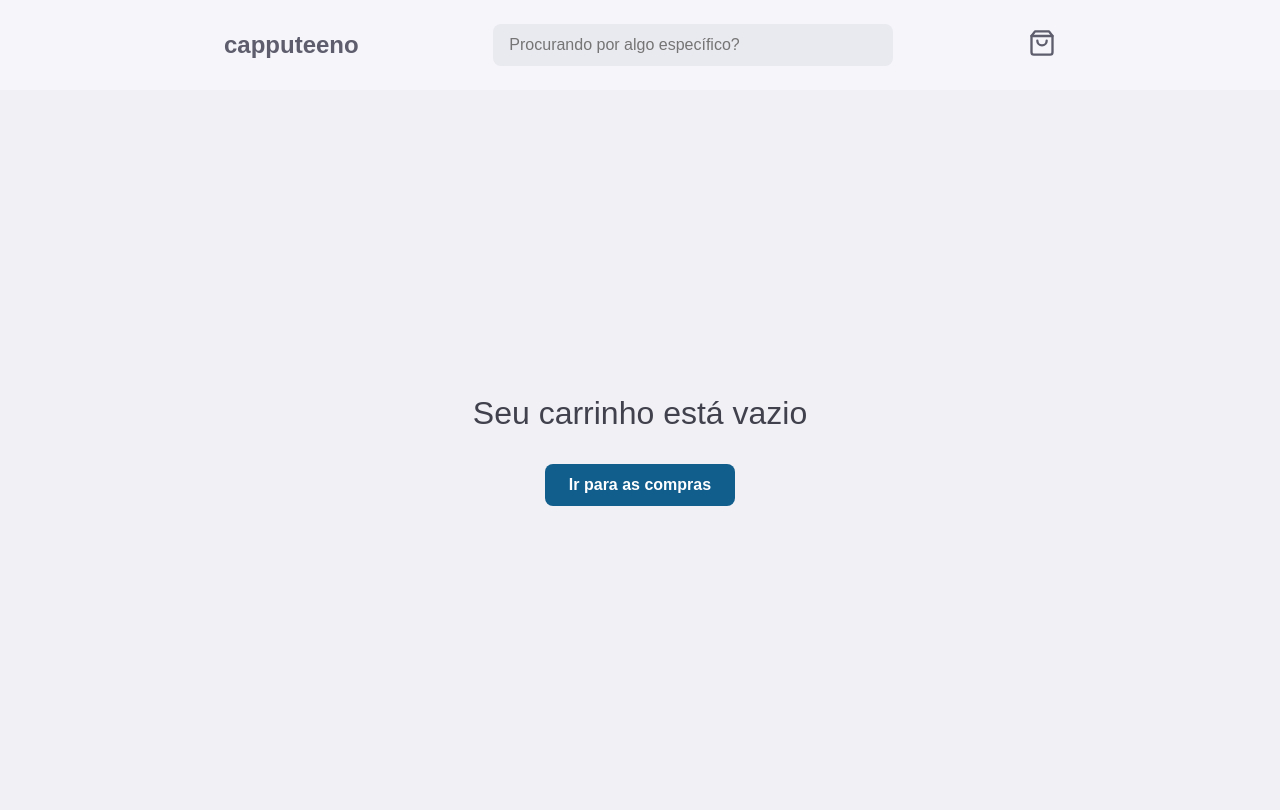
Repository: Biel-barbosa/capputeenoecomerce
Page: /cart
An editor plug-in stored every save of this project. The page is shown before and after the next save, followed by the edit.
The browser window is 1280 px wide. The pictures show the whole page.
The project was rebuilt for these pictures with package versions that can differ from the ones it lists, and the page was loaded fresh each time. The framework's server and built-in components were replaced by stand-ins that run in the browser. Also part of the build but not shown: next.config.ts.

Above is the page before, as saved 2025-04-23 17:25:03.

### src/app/layout.tsx
import type { Metadata } from "next";
import { Geist, Geist_Mono } from "next/font/google";
import "./globals.css";
import { CartProvider } from "../contexts/CartContexts"; // Adicione a importação do CartProvider

const geistSans = Geist({
  variable: "--font-geist-sans",
  subsets: ["latin"],
});

const geistMono = Geist_Mono({
  variable: "--font-geist-mono",
  subsets: ["latin"],
});

export const metadata: Metadata = {
  title: "Create Next App",
  description: "Generated by create next app",
};

export default function RootLayout({
  children,
}: Readonly<{
  children: React.ReactNode;
}>) {
  return (
    <html lang="en">
      <body className={`${geistSans.variable} ${geistMono.variable}`}>

        <CartProvider>
          {children}
        </CartProvider>
      </body>
    </html>
  );
}

### src/app/cart/page.tsx
'use client';

import { useEffect, useState } from 'react';
import styled from 'styled-components';
import Header from '@/components/Header';
import { Product } from '@/data/products';
import Link from 'next/link';

type CartItem = Product & { quantity: number };

const PageWrapper = styled.div`
  background-color: #f0f0f5;
  min-height: 100vh;
`;

const Container = styled.div`
  max-width: 1440px;
  margin: 0 auto; /* Garantir que o contêiner seja centralizado */
  padding: 0 2rem;
  display: flex;
  flex-direction: column; /* Alterando para coluna quando vazio */
  justify-content: center; /* Centraliza o conteúdo */
  align-items: center; /* Alinha o conteúdo no centro */
  height: 100vh; /* Garantir que ocupe toda a altura da tela */
  gap: 2rem;
`;


const ProductsSection = styled.div`
  flex: 2;
  display: flex;
  flex-direction: column;
  gap: 1.5rem;
`;

const SummarySection = styled.div`
  flex: 1;
  background: white;
  padding: 2rem;
  border-radius: 8px;
  box-shadow: 0 0 4px rgba(0, 0, 0, 0.1);
  height: fit-content;
`;

const ProductCard = styled.div`
  display: flex;
  justify-content: space-between;
  gap: 1rem;
  background: white;
  padding: 1rem;
  border-radius: 8px;
  align-items: center;
`;

const ProductImage = styled.img`
  width: 80px;
  height: 80px;
  object-fit: cover;
  border-radius: 8px;
`;

const ProductInfo = styled.div`
  flex: 1;
  display: flex;
  flex-direction: column;
`;

const Controls = styled.div`
  display: flex;
  gap: 0.5rem;
  align-items: center;
`;

const ControlButton = styled.button`
  background: #e0e0e0;
  border: none;
  border-radius: 4px;
  padding: 0.25rem 0.5rem;
  font-weight: bold;
  cursor: pointer;
`;

const RemoveButton = styled.button`
  background: transparent;
  border: none;
  color: red;
  cursor: pointer;
`;

const Title = styled.h3`
  margin: 0;
  font-size: 1rem;
`;

const Price = styled.span`
  color: #737380;
  font-weight: bold;
`;

const SummaryItem = styled.div`
  display: flex;
  justify-content: space-between;
  margin-bottom: 1rem;
`;

const SummaryTitle = styled.h2`
  margin-bottom: 2rem;
`;

const Total = styled.strong`
  font-size: 1.2rem;
`;

const CheckoutButton = styled.button`
  width: 100%;
  padding: 0.75rem;
  background: #115d8c;
  color: white;
  font-weight: bold;
  border: none;
  border-radius: 8px;
  margin-top: 2rem;
  cursor: pointer;

  &:hover {
    background: #0d4c74;
  }
`;

const HelpLinks = styled.div`
  margin-top: 2rem;
  font-size: 0.875rem;
  color: #737380;

  a {
    display: block;
    margin-top: 0.5rem;
    color: #737380;
    text-decoration: none;

    &:hover {
      text-decoration: underline;
    }
  }
`;

// Novo estilo para a mensagem de carrinho vazio
const EmptyCartMessage = styled.div`
  display: flex;
  flex-direction: column; /* Garantir que seja apenas uma coluna */
  justify-content: center;
  align-items: center;
  height: 100vh; /* Garantir que ocupe toda a altura da tela */
  text-align: center;

  p {
    font-size: 2rem;
    color: #41414d;
    margin-bottom: 2rem;
  }

  button {
    padding: 0.75rem 1.5rem;
    background-color: #115d8c;
    color: white;
    font-weight: bold;
    border: none;
    border-radius: 8px;
    cursor: pointer;
    font-size: 1rem;

    &:hover {
      background-color: #0d4c74;
    }
  }
`;


export default function CartPage() {
  const [cart, setCart] = useState<CartItem[]>([]);

  // Carregar o carrinho do localStorage
  useEffect(() => {
    const savedCart = localStorage.getItem('cart');
    if (savedCart) {
      setCart(JSON.parse(savedCart));
    }
  }, []);

  // Atualizar o localStorage e o estado do carrinho
  const updateLocalStorage = (updatedCart: CartItem[]) => {
    localStorage.setItem('cart', JSON.stringify(updatedCart));
    setCart(updatedCart);
  };

  // Aumentar a quantidade de um produto
  const increaseQuantity = (id: string) => {
    const updatedCart = cart.map(item =>
      item.id === id ? { ...item, quantity: item.quantity + 1 } : item
    );
    updateLocalStorage(updatedCart);
  };

  // Diminuir a quantidade de um produto
  const decreaseQuantity = (id: string) => {
    const updatedCart = cart
      .map(item =>
        item.id === id ? { ...item, quantity: Math.max(1, item.quantity - 1) } : item
      );
    updateLocalStorage(updatedCart);
  };

  // Remover um produto do carrinho
  const removeItem = (id: string) => {
    const updatedCart = cart.filter(item => item.id !== id);
    updateLocalStorage(updatedCart);
  };

  // Calcular subtotal, entrega e total
  const subtotal = cart.reduce((acc, item) => acc + item.price * item.quantity, 0);
  const delivery = 40; // Custo fixo de entrega
  const total = subtotal + delivery;

  return (
    <PageWrapper>
      <Header />
      <Container>
        {cart.length === 0 ? (
          <EmptyCartMessage>
            <p>Seu carrinho está vazio</p>
            <Link href="/" passHref>
              <button>Ir para as compras</button>
            </Link>
          </EmptyCartMessage>
        ) : (
          <>
            <ProductsSection>
              {cart.map((product) => (
                <ProductCard key={product.id}>
                  <ProductImage src={product.image} alt={product.title} />
                  <ProductInfo>
                    <Title>{product.title}</Title>
                    <Price>R$ {(product.price * product.quantity).toFixed(2)}</Price>
                    <Controls>
                      <ControlButton onClick={() => decreaseQuantity(product.id)}>-</ControlButton>
                      <span>{product.quantity}</span>
                      <ControlButton onClick={() => increaseQuantity(product.id)}>+</ControlButton>
                    </Controls>
                  </ProductInfo>
                  <RemoveButton onClick={() => removeItem(product.id)}>Remover</RemoveButton>
                </ProductCard>
              ))}
            </ProductsSection>

            <SummarySection>
              <SummaryTitle>Resumo do pedido</SummaryTitle>
              <SummaryItem>
                <span>Subtotal de produtos</span>
                <span>R$ {subtotal.toFixed(2)}</span>
              </SummaryItem>
              <SummaryItem>
                <span>Entrega</span>
                <span>R$ {delivery.toFixed(2)}</span>
              </SummaryItem>
              <SummaryItem>
                <span>Total</span>
                <Total>R$ {total.toFixed(2)}</Total>
              </SummaryItem>

              <CheckoutButton>Finalizar a compra</CheckoutButton>

              <HelpLinks>
                <a href="#">Ajuda</a>
                <a href="#">Reembolsos</a>
                <a href="#">Entregas e frete</a>
                <a href="#">Trocas e devoluções</a>
              </HelpLinks>
            </SummarySection>
          </>
        )}
      </Container>
    </PageWrapper>
  );
}

### src/contexts/CartContexts.tsx
'use client';

import React, { createContext, useContext, useState, useEffect, ReactNode } from 'react';

export type Product = {
    id: string;
    title: string;
    price: number;
    image: string;
};

type CartContextType = {
    cart: Product[];
    addToCart: (product: Product) => void;
    removeFromCart: (id: string) => void;
    updateCartItemCount: () => void;
    cartItemCount: number;
};

const CartContext = createContext<CartContextType | undefined>(undefined);

export const CartProvider = ({ children }: { children: ReactNode }) => {
    const [cart, setCart] = useState<Product[]>([]);
    const [cartItemCount, setCartItemCount] = useState<number>(0);

    useEffect(() => {
        if (typeof window !== 'undefined') {
            try {
                const storedCart = localStorage.getItem('cart');
                if (storedCart) {
                    // Tenta parsear o valor, se falhar, reinicia o carrinho
                    const parsedCart = JSON.parse(storedCart);
                    if (Array.isArray(parsedCart)) {
                        setCart(parsedCart);
                        setCartItemCount(parsedCart.length);
                    } else {
                        // Se o conteúdo não for um array válido, resetamos o carrinho
                        console.error('localStorage contém dados inválidos para o carrinho');
                        setCart([]);
                        setCartItemCount(0);
                    }
                }
            } catch (error) {
                console.error('Erro ao parsear o localStorage:', error);
                setCart([]);
                setCartItemCount(0);
            }
        }
    }, []);

    const addToCart = (product: Product) => {
        const updatedCart = [...cart, product];
        setCart(updatedCart);
        if (typeof window !== 'undefined') {
            try {
                localStorage.setItem('cart', JSON.stringify(updatedCart));
            } catch (error) {
                console.error('Erro ao salvar no localStorage:', error);
            }
        }
        setCartItemCount(updatedCart.length);
    };

    const removeFromCart = (id: string) => {
        const updatedCart = cart.filter(item => item.id !== id);
        setCart(updatedCart);
        if (typeof window !== 'undefined') {
            try {
                localStorage.setItem('cart', JSON.stringify(updatedCart));
            } catch (error) {
                console.error('Erro ao salvar no localStorage:', error);
            }
        }
        setCartItemCount(updatedCart.length);
    };

    const updateCartItemCount = () => {
        setCartItemCount(cart.length);
    };

    return (
        <CartContext.Provider value={{ cart, addToCart, removeFromCart, updateCartItemCount, cartItemCount }}>
            {children}
        </CartContext.Provider>
    );
};

export const useCart = () => {
    const context = useContext(CartContext);
    if (!context) {
        throw new Error('useCart must be used within a CartProvider');
    }
    return context;
};

export { CartContext };

### src/components/Header.tsx
import { useContext } from 'react'; // Importando o useContext do React
import styled from 'styled-components';
import { FiShoppingBag } from 'react-icons/fi';
import Link from 'next/link';
import { CartContext } from '@/contexts/CartContexts'; // Importando o contexto

type HeaderProps = {
  onSearch?: (value: string) => void;
};

// Estilos
const HeaderContainer = styled.header`
  width: 100%;
  padding: 1.5rem 14rem;
  display: flex;
  align-items: center;
  justify-content: space-between;
  background-color: #f5f5fa;
  flex-wrap: wrap;
  gap: 1rem;
`;

const Logo = styled.h1`
  font-size: 1.5rem;
  font-weight: 600;
  color: #5d5d6d;
  margin: 0;
`;

const SearchInput = styled.input`
  flex: 1;
  max-width: 400px;
  margin: 0 2rem;
  padding: 0.75rem 1rem;
  border: none;
  border-radius: 8px;
  background: #e9e9f0;
  font-size: 1rem;
  color: #737380;

  &:focus {
    outline: 2px solid #115d8c;
  }

  @media (max-width: 768px) {
    margin: 0;
    width: 100%;
    order: 3;
  }
`;

const CartButton = styled.button`
  position: relative;
  background: none;
  border: none;
  cursor: pointer;

  svg {
    font-size: 1.75rem;
    color: #5d5d6d;
  }
`;

const CartCount = styled.span`
  position: absolute;
  top: -8px;
  right: -8px;
  background-color: #de3838;
  color: white;
  border-radius: 50%;
  font-size: 0.75rem;
  padding: 0.25rem 0.5rem;
  line-height: 1;
`;

const Header = ({ onSearch }: HeaderProps) => {
  // Usando o CartContext para acessar a quantidade de itens no carrinho
  const { cartItemCount } = useContext(CartContext) || { cartItemCount: 0 }; // Corrigido: fallback para 0 caso o contexto seja undefined

  return (
    <HeaderContainer>
      <Link href="/" passHref>
        <Logo>capputeeno</Logo>
      </Link>

      <SearchInput
        type="text"
        placeholder="Procurando por algo específico?"
        onChange={(e) => onSearch?.(e.target.value)}
      />

      <Link href="/cart" passHref>
        <CartButton>
          <FiShoppingBag />
          {cartItemCount > 0 && <CartCount>{cartItemCount}</CartCount>}
        </CartButton>
      </Link>
    </HeaderContainer>
  );
};

export default Header;

Loaded but not shown: src/app/globals.css (common file)

After the next save:
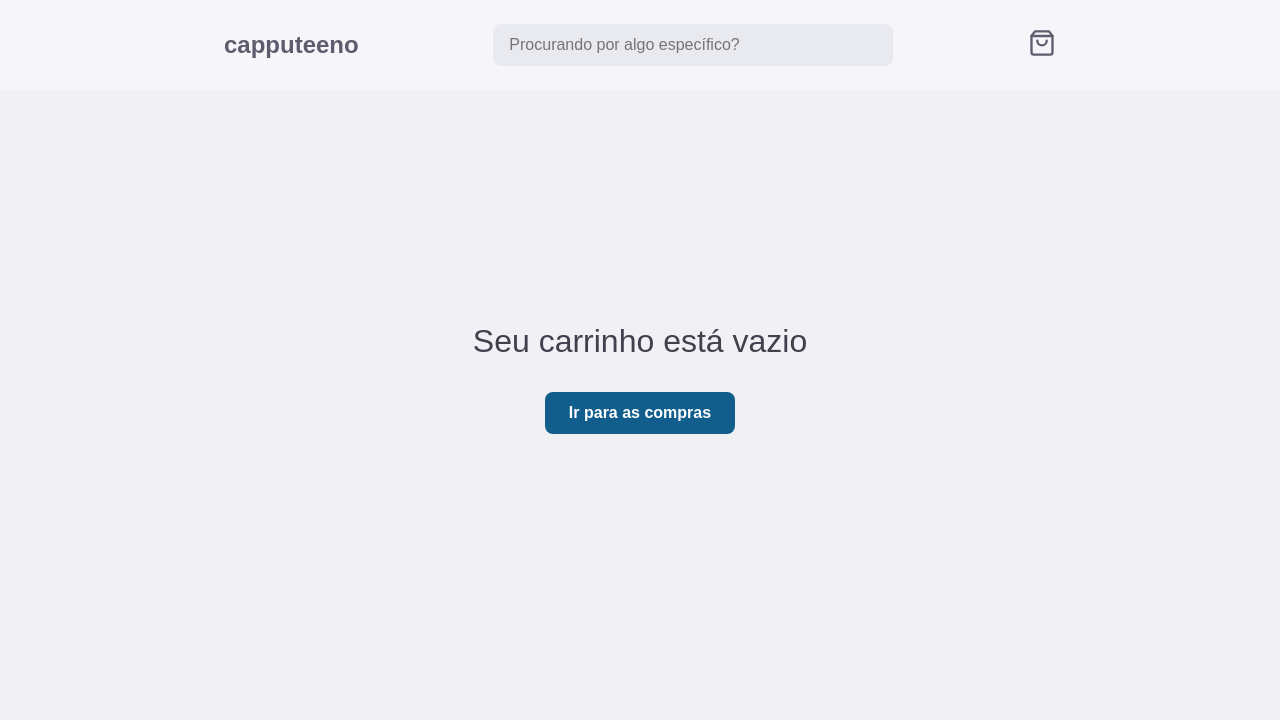
Saved 30 s later.
--- a/src/app/cart/page.tsx
+++ b/src/app/cart/page.tsx
@@ -15,13 +15,13 @@
 
 const Container = styled.div`
   max-width: 1440px;
-  margin: 0 auto; /* Garantir que o contêiner seja centralizado */
+  margin: 0 auto;
   padding: 0 2rem;
   display: flex;
-  flex-direction: column; /* Alterando para coluna quando vazio */
-  justify-content: center; /* Centraliza o conteúdo */
-  align-items: center; /* Alinha o conteúdo no centro */
-  height: 100vh; /* Garantir que ocupe toda a altura da tela */
+  flex-direction: column;
+  justify-content: center;
+  align-items: center;
+  height: 80vh;
   gap: 2rem;
 `;
 

After the save that followed:
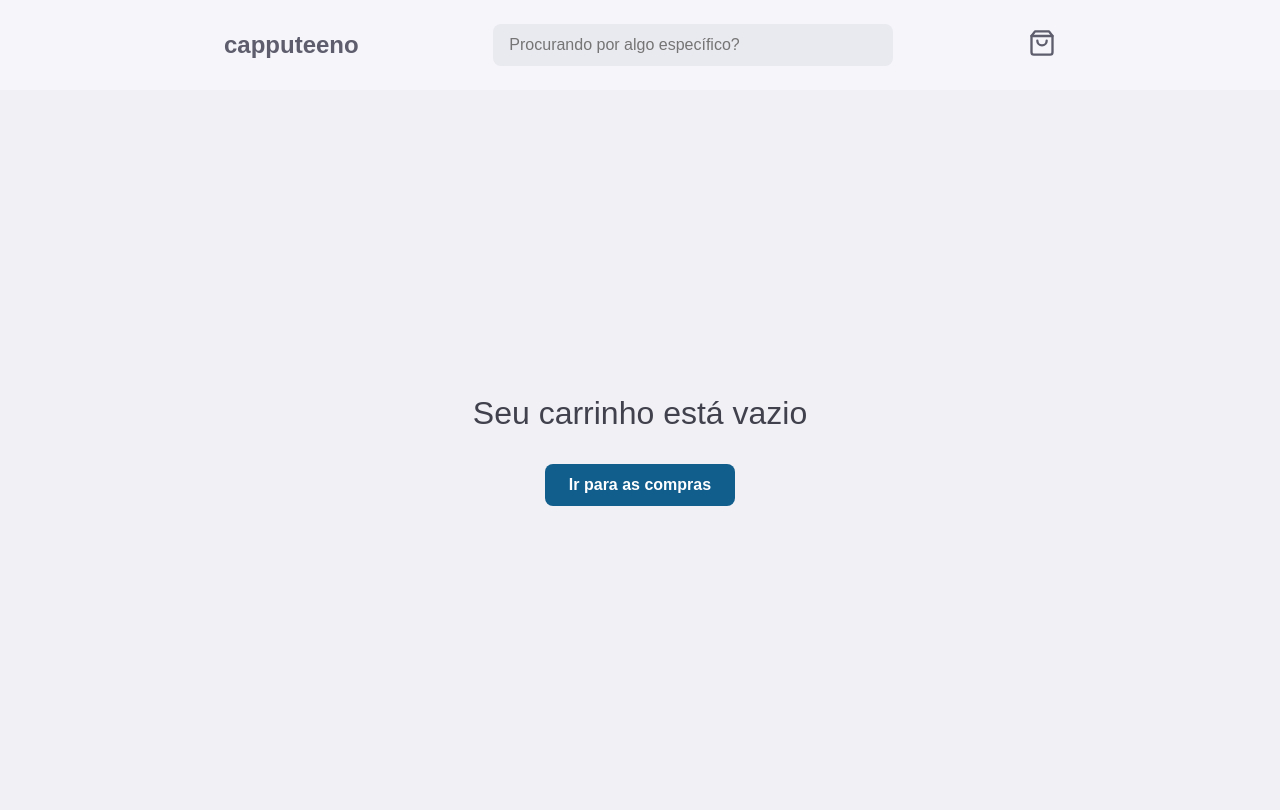
Saved 118 s later.
--- a/src/app/cart/page.tsx
+++ b/src/app/cart/page.tsx
@@ -13,18 +13,17 @@
   min-height: 100vh;
 `;
 
-const Container = styled.div`
+const Container = styled.div<{ cartItems: CartItem[] }>`
   max-width: 1440px;
   margin: 0 auto;
   padding: 0 2rem;
   display: flex;
-  flex-direction: column;
-  justify-content: center;
-  align-items: center;
-  height: 80vh;
+  flex-direction: ${({ cartItems }) => (cartItems.length === 0 ? 'column' : 'row')}; /* Coluna quando vazio, linha quando tem itens */
+  justify-content: ${({ cartItems }) => (cartItems.length === 0 ? 'center' : 'space-between')}; /* Alinhar ao centro quando vazio */
+  align-items: ${({ cartItems }) => (cartItems.length === 0 ? 'center' : 'flex-start')}; /* Alinhar ao centro quando vazio */
   gap: 2rem;
-`;
-
+  height: 100vh; /* Ocupa toda a altura da tela */
+`;
 
 const ProductsSection = styled.div`
   flex: 2;
@@ -175,7 +174,6 @@
   }
 `;
 
-
 export default function CartPage() {
   const [cart, setCart] = useState<CartItem[]>([]);
 
@@ -224,7 +222,7 @@
   return (
     <PageWrapper>
       <Header />
-      <Container>
+      <Container cartItems={cart}> {/* Passando o cartItems como prop */}
         {cart.length === 0 ? (
           <EmptyCartMessage>
             <p>Seu carrinho está vazio</p>
